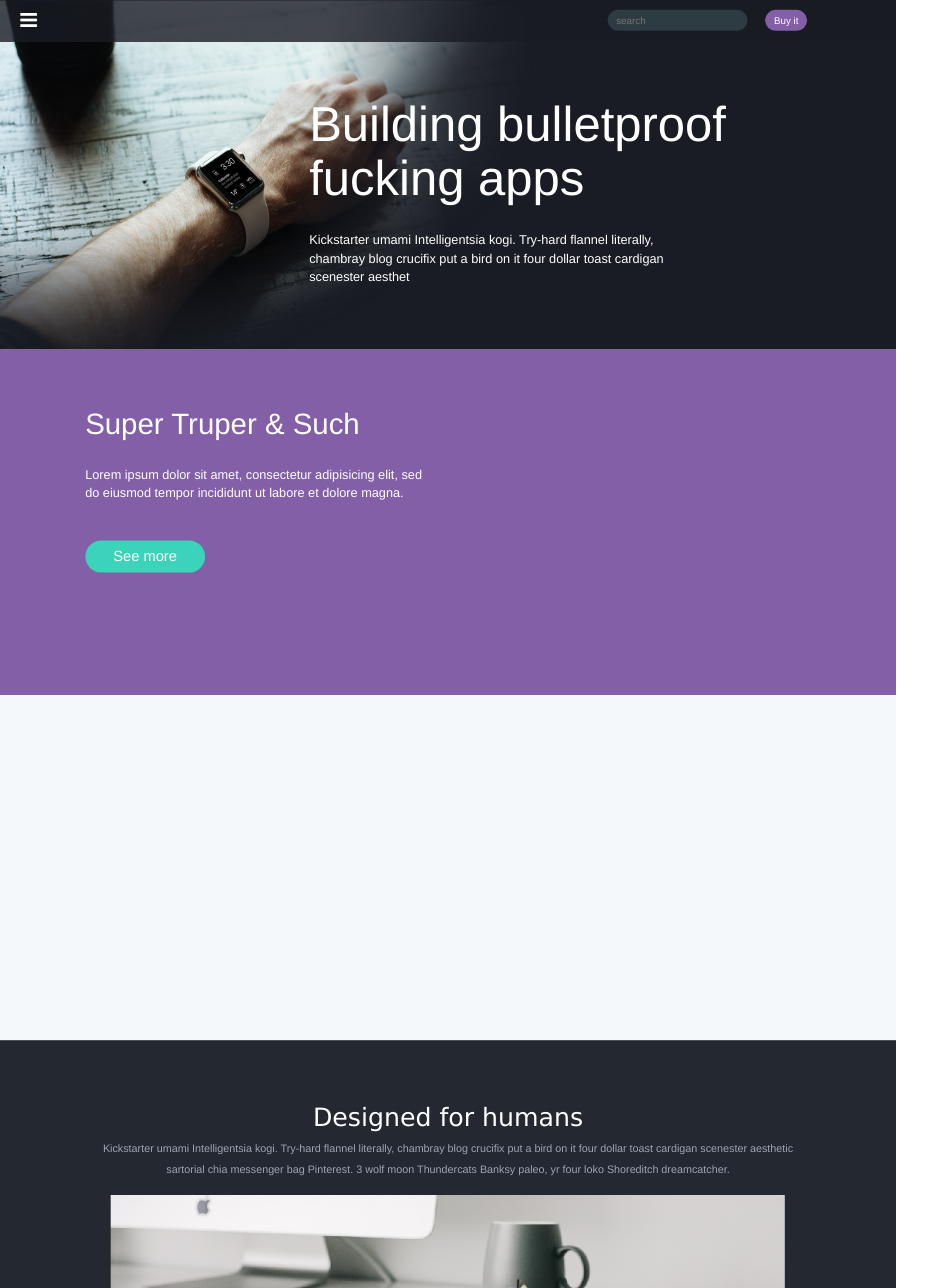
Repository: KatarzynaOwczarska/Tork
Page: Tork/WebContent/index.html
An editor plug-in stored every save of this project. The page is shown before and after the next save, followed by the edit.
The browser window is 1280 px wide. The page is 1321 px wide, so the pictures cover 1321 px, including what lies to the right of the window. The pictures show the part of the page from y = 0 to 1840 px (the page is 4629 px tall before and 4689 px after), at 70% of full size.
Backgrounds fixed to the window are drawn as part of the page.

Above is the page before, as saved 2017-02-06 13:41:48.

After the next save:
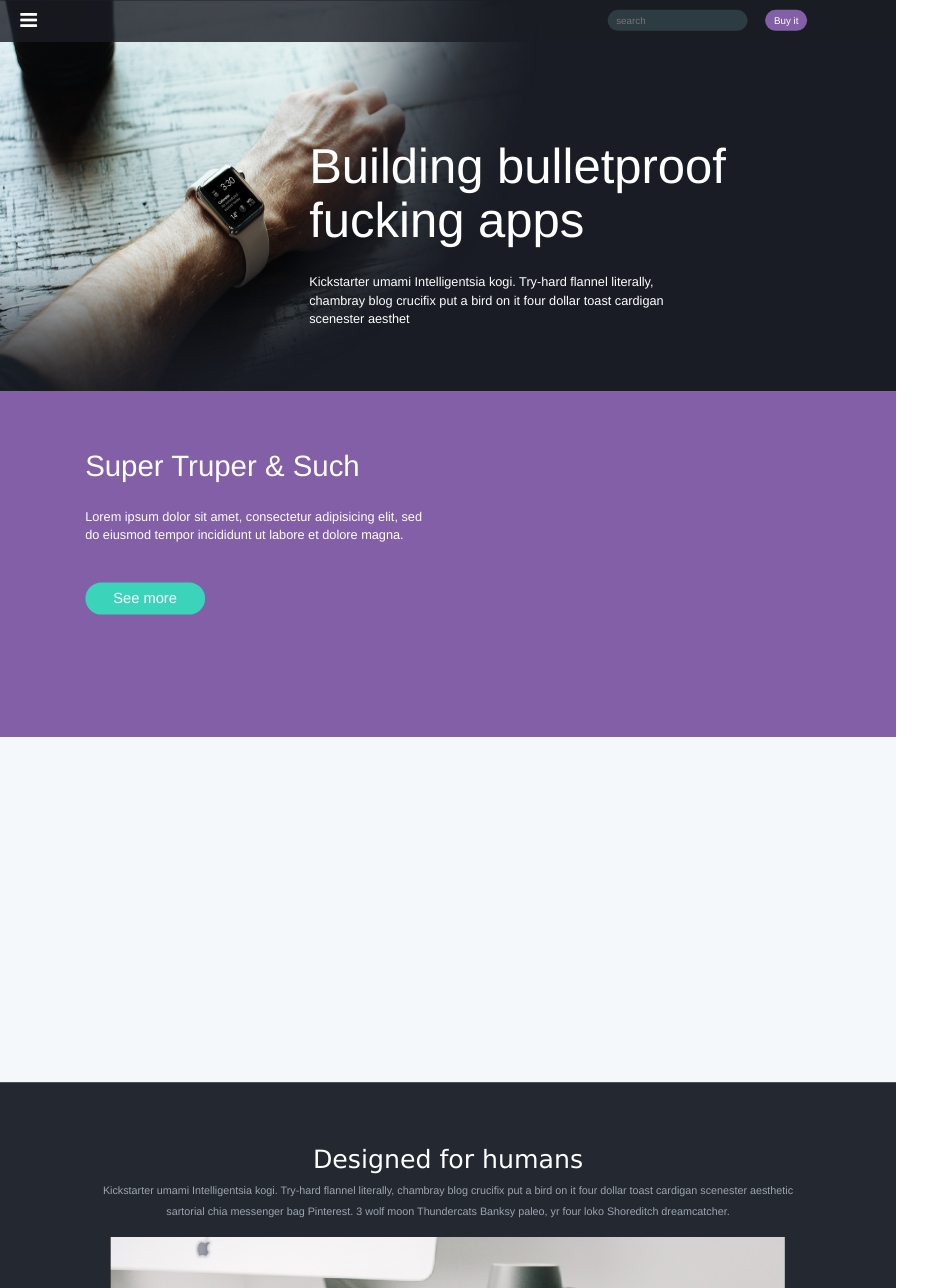
Saved 61 s later.
--- a/Tork/WebContent/css/style.css
+++ b/Tork/WebContent/css/style.css
@@ -14,8 +14,6 @@ header {
   	background-color: rgba(25, 28, 36, 0.8);  /* FF3+, Saf3+, Opera 10.10+, Chrome, IE9 */
   	filter: progid:DXImageTransform.Microsoft.gradient(startColorstr=#3332FA32,endColorstr=#3332FA32); /* IE6&#8211;IE9 */
   	zoom: 1;
-  	position: fixed;
-  	top: 0;
   	width: 100%;
 }
 
